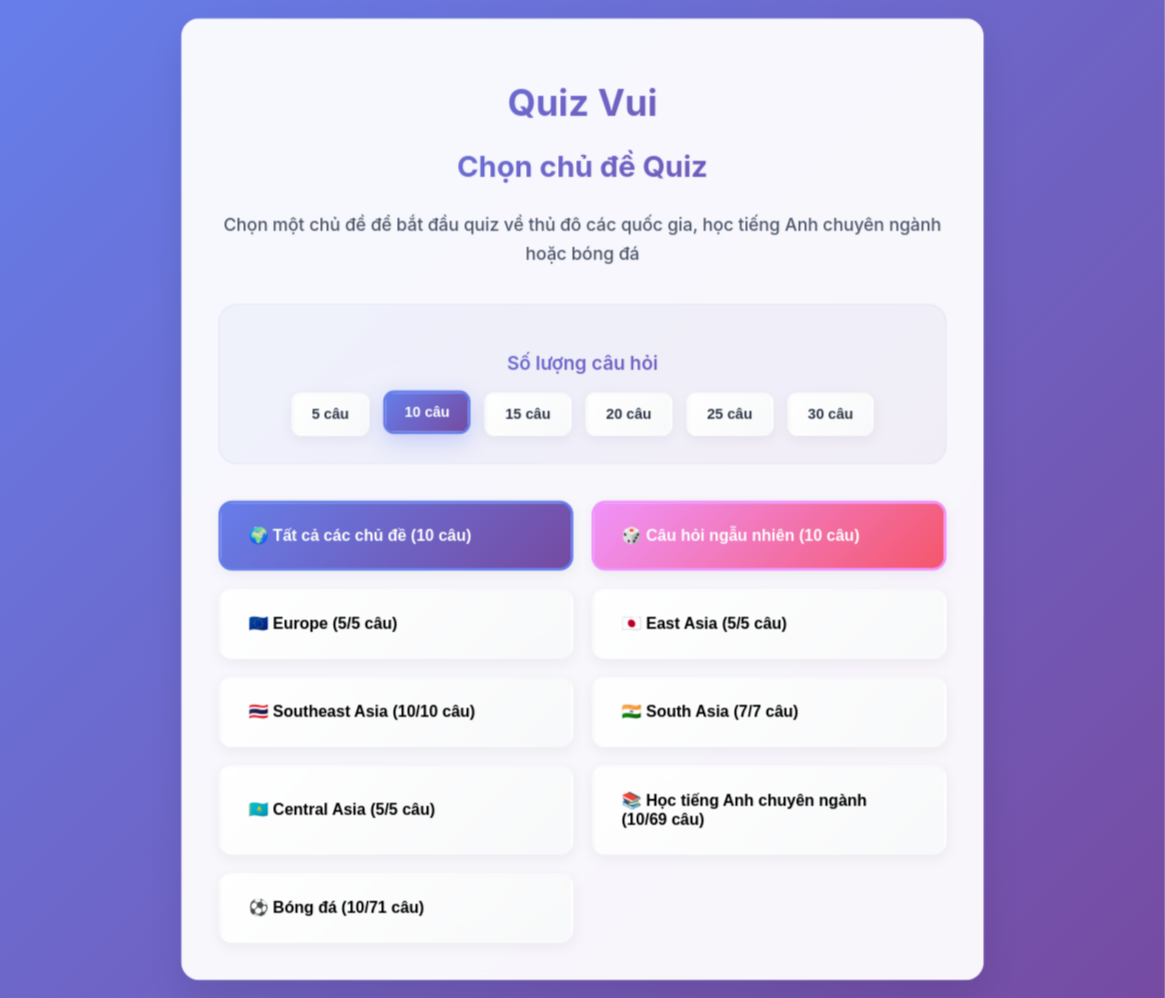
Repository: HuynhPPP/Quiz_App
Page: /
The author's editor kept a copy of each file at every save. The page is drawn from the files as they stood at one save, then again after the next save.
The browser window is 1280 px wide. The pictures show the whole page, at 91% of full size.
The project was rebuilt for these pictures with package versions that can differ from the ones it lists, and the page was loaded fresh each time. Also part of the build but not shown: vite.config.js, src/components/Resutl.jsx, src/components/Review.jsx.

Above is the page before, as saved 2025-09-27 15:36:05.

### index.html
<!doctype html>
<html lang="en">
  <head>
    <meta charset="UTF-8" />
    <link rel="icon" type="image/svg+xml" href="/vite.svg" />
    <meta name="viewport" content="width=device-width, initial-scale=1.0" />
    <title>Quiz Vui</title>
  </head>
  <body>
    <div id="root"></div>
    <script type="module" src="/src/main.jsx"></script>
  </body>
</html>

### src/index.css
/* Global reset and styling */
body {
  margin: 0;
  padding: 0;
  font-family: "Inter", "Segoe UI", Tahoma, Geneva, Verdana, sans-serif;
  background: linear-gradient(135deg, #667eea 0%, #764ba2 100%);
  color: #333;
  min-height: 100vh;
}

/* Container styling for the app */
.container {
  max-width: 800px;
  margin: 20px auto;
  background: rgba(255, 255, 255, 0.95);
  padding: 40px;
  border-radius: 20px;
  box-shadow: 0 20px 40px rgba(0, 0, 0, 0.1);
  backdrop-filter: blur(10px);
  border: 1px solid rgba(255, 255, 255, 0.2);
}

/* Header styling */
h1,
h2 {
  text-align: center;
  margin-bottom: 30px;
  background: linear-gradient(135deg, #667eea, #764ba2);
  -webkit-background-clip: text;
  -webkit-text-fill-color: transparent;
  background-clip: text;
  font-weight: 700;
}

h1 {
  font-size: 2.5em;
  margin-bottom: 10px;
}

h2 {
  font-size: 2em;
}

/* Styling the question text */
.question {
  font-size: 1.4em;
  margin-bottom: 30px;
  font-weight: 600;
  color: #2d3748;
  line-height: 1.6;
  text-align: center;
  padding: 20px;
  background: linear-gradient(135deg, #f7fafc, #edf2f7);
  border-radius: 15px;
  border-left: 5px solid #667eea;
}

/* Option button styling */
.option {
  display: block;
  width: 100%;
  padding: 20px 25px;
  margin: 15px 0;
  border: 3px solid transparent;
  border-radius: 15px;
  background: linear-gradient(135deg, #ffffff, #f8f9fa);
  cursor: pointer;
  text-align: left;
  transition: all 0.3s cubic-bezier(0.4, 0, 0.2, 1);
  font-size: 1.1em;
  font-weight: 500;
  color: #2d3748;
  box-shadow: 0 4px 15px rgba(0, 0, 0, 0.05);
  position: relative;
  overflow: hidden;
}

.option::before {
  content: '';
  position: absolute;
  top: 0;
  left: -100%;
  width: 100%;
  height: 100%;
  background: linear-gradient(90deg, transparent, rgba(255, 255, 255, 0.4), transparent);
  transition: left 0.5s;
}

.option:hover::before {
  left: 100%;
}

.option:hover {
  transform: translateY(-3px);
  box-shadow: 0 8px 25px rgba(102, 126, 234, 0.15);
  border-color: #667eea;
  background: linear-gradient(135deg, #f8f9ff, #ffffff);
}

.option.selected {
  background: linear-gradient(135deg, #667eea, #764ba2);
  border-color: #667eea;
  color: white;
  transform: translateY(-2px);
  box-shadow: 0 8px 25px rgba(102, 126, 234, 0.3);
}

.option.selected::before {
  background: linear-gradient(90deg, transparent, rgba(255, 255, 255, 0.2), transparent);
}

/* Navigation button styles */
.nav-buttons {
  display: flex;
  justify-content: space-between;
  margin-top: 40px;
  gap: 20px;
}

.nav-buttons button {
  padding: 15px 30px;
  border: none;
  background: linear-gradient(135deg, #667eea, #764ba2);
  color: white;
  border-radius: 12px;
  cursor: pointer;
  font-size: 1.1em;
  font-weight: 600;
  transition: all 0.3s cubic-bezier(0.4, 0, 0.2, 1);
  box-shadow: 0 4px 15px rgba(102, 126, 234, 0.3);
  position: relative;
  overflow: hidden;
}

.nav-buttons button::before {
  content: '';
  position: absolute;
  top: 0;
  left: -100%;
  width: 100%;
  height: 100%;
  background: linear-gradient(90deg, transparent, rgba(255, 255, 255, 0.2), transparent);
  transition: left 0.5s;
}

.nav-buttons button:hover::before {
  left: 100%;
}

.nav-buttons button:hover {
  transform: translateY(-2px);
  box-shadow: 0 8px 25px rgba(102, 126, 234, 0.4);
}

.nav-buttons button:disabled {
  background: linear-gradient(135deg, #a0aec0, #cbd5e0);
  cursor: not-allowed;
  transform: none;
  box-shadow: 0 2px 8px rgba(0, 0, 0, 0.1);
}

.nav-buttons button:disabled::before {
  display: none;
}

.result-button {
  display: block;
  padding: 10px 20px;
  border: none;
  background: oklch(55.4% 0.046 257.417);
  color: white;
  border-radius: 6px;
  cursor: pointer;
  font-size: 1em;
  transition: background 0.3s;
}

.result-button:hover {
  background: #1e88e5;
}

/* Score display styling */
.score {
  font-size: 1.4em;
  text-align: center;
  margin: 20px 0;
}

.correct-answer {
  color: #10b981;
  font-weight: 600;
  font-size: 1.1em;
  text-align: center;
  padding: 15px;
  background: linear-gradient(135deg, #d1fae5, #a7f3d0);
  border-radius: 10px;
  border-left: 5px solid #10b981;
  margin: 20px 0;
  animation: slideIn 0.3s ease-out;
}

.incorrect-answer {
  color: #ef4444;
  font-weight: 600;
  font-size: 1.1em;
  text-align: center;
  padding: 15px;
  background: linear-gradient(135deg, #fee2e2, #fecaca);
  border-radius: 10px;
  border-left: 5px solid #ef4444;
  margin: 20px 0;
  animation: slideIn 0.3s ease-out;
}

@keyframes slideIn {
  from {
    opacity: 0;
    transform: translateY(-10px);
  }
  to {
    opacity: 1;
    transform: translateY(0);
  }
}

p.result {
  text-align: center;
  margin: 40px;
}

.resultButtonsContainer {
  display: flex;
  justify-content: center;
  gap: 20px;
}

/* Review component styles */
.review-question {
  margin-bottom: 30px;
  padding: 25px;
  background: linear-gradient(135deg, rgba(102, 126, 234, 0.05), rgba(118, 75, 162, 0.05));
  border-radius: 15px;
  border: 1px solid rgba(102, 126, 234, 0.1);
  overflow: hidden;
  word-wrap: break-word;
}

.review-question h3 {
  margin-bottom: 15px;
  font-size: 1.3em;
  background: linear-gradient(135deg, #667eea, #764ba2);
  -webkit-background-clip: text;
  -webkit-text-fill-color: transparent;
  background-clip: text;
}

.review-options {
  margin: 20px 0;
}

.review-options .option {
  position: relative;
  cursor: default;
  padding: 15px 20px;
  margin: 10px 0;
  border: 2px solid transparent;
  border-radius: 12px;
  font-size: 1em;
  font-weight: 500;
  transition: all 0.3s ease;
  word-wrap: break-word;
  overflow-wrap: break-word;
}

.review-options .option:hover {
  transform: none;
  box-shadow: none;
}

.review-options .correct-user-answer {
  background: linear-gradient(135deg, #d4edda, #c3e6cb);
  border-color: #28a745;
  color: #155724;
  box-shadow: 0 2px 8px rgba(40, 167, 69, 0.2);
  font-weight: 600;
}

.review-options .incorrect-user-answer {
  background: linear-gradient(135deg, #f8d7da, #f5c6cb);
  border-color: #dc3545;
  color: #721c24;
  box-shadow: 0 2px 8px rgba(220, 53, 69, 0.2);
  font-weight: 600;
}

.review-options .correct-answer {
  background: linear-gradient(135deg, #d1ecf1, #bee5eb);
  border-color: #17a2b8;
  color: #0c5460;
  box-shadow: 0 2px 8px rgba(23, 162, 184, 0.2);
  font-weight: 600;
}

.answer-label {
  font-weight: bold;
  font-size: 0.85em;
  margin-left: 8px;
  padding: 2px 6px;
  border-radius: 4px;
  background: rgba(255, 255, 255, 0.3);
}

.review-buttons {
  display: flex;
  justify-content: center;
  gap: 20px;
  margin-top: 40px;
  flex-wrap: wrap;
}

.review-buttons .result-button {
  padding: 15px 30px;
  border: none;
  border-radius: 12px;
  cursor: pointer;
  font-size: 1.1em;
  font-weight: 600;
  transition: all 0.3s cubic-bezier(0.4, 0, 0.2, 1);
  box-shadow: 0 4px 15px rgba(0, 0, 0, 0.1);
  position: relative;
  overflow: hidden;
}

.review-buttons .result-button:first-child {
  background: linear-gradient(135deg, #6c757d, #5a6268);
  color: white;
}

.review-buttons .result-button:last-child {
  background: linear-gradient(135deg, #667eea, #764ba2);
  color: white;
}

.review-buttons .result-button:hover {
  transform: translateY(-2px);
  box-shadow: 0 8px 25px rgba(0, 0, 0, 0.2);
}

.review-buttons .result-button:first-child:hover {
  background: linear-gradient(135deg, #5a6268, #495057);
}

.review-buttons .result-button:last-child:hover {
  background: linear-gradient(135deg, #5a6fd8, #6a4190);
}

/* Quiz Selector styles */
.quiz-description {
  text-align: center;
  margin-bottom: 40px;
  color: #4a5568;
  font-size: 1.2em;
  font-weight: 500;
  line-height: 1.6;
}

/* Question Count Selector */
.question-count-selector {
  margin-bottom: 40px;
  padding: 30px;
  background: linear-gradient(135deg, rgba(102, 126, 234, 0.05), rgba(118, 75, 162, 0.05));
  border-radius: 20px;
  border: 1px solid rgba(102, 126, 234, 0.1);
}

.question-count-selector h3 {
  text-align: center;
  margin-bottom: 20px;
  font-size: 1.3em;
  background: linear-gradient(135deg, #667eea, #764ba2);
  -webkit-background-clip: text;
  -webkit-text-fill-color: transparent;
  background-clip: text;
  font-weight: 600;
}

.count-options {
  display: flex;
  justify-content: center;
  gap: 15px;
  flex-wrap: wrap;
}

.count-option {
  padding: 12px 20px;
  border: 3px solid transparent;
  border-radius: 12px;
  background: linear-gradient(135deg, #ffffff, #f8f9fa);
  cursor: pointer;
  font-size: 1em;
  font-weight: 600;
  transition: all 0.3s cubic-bezier(0.4, 0, 0.2, 1);
  color: #2d3748;
  box-shadow: 0 4px 15px rgba(0, 0, 0, 0.05);
  position: relative;
  overflow: hidden;
}

.count-option::before {
  content: '';
  position: absolute;
  top: 0;
  left: -100%;
  width: 100%;
  height: 100%;
  background: linear-gradient(90deg, transparent, rgba(102, 126, 234, 0.1), transparent);
  transition: left 0.5s;
}

.count-option:hover::before {
  left: 100%;
}

.count-option:hover {
  border-color: #667eea;
  background: linear-gradient(135deg, #f8f9ff, #ffffff);
  transform: translateY(-2px);
  box-shadow: 0 8px 25px rgba(102, 126, 234, 0.15);
}

.count-option.selected {
  background: linear-gradient(135deg, #667eea, #764ba2);
  border-color: #667eea;
  color: white;
  transform: translateY(-2px);
  box-shadow: 0 8px 25px rgba(102, 126, 234, 0.3);
}

.count-option.selected::before {
  background: linear-gradient(90deg, transparent, rgba(255, 255, 255, 0.2), transparent);
}

.quiz-categories {
  display: grid;
  grid-template-columns: repeat(auto-fit, minmax(300px, 1fr));
  gap: 20px;
  margin-top: 30px;
}

.category-button {
  padding: 25px 30px;
  border: 3px solid transparent;
  border-radius: 15px;
  background: linear-gradient(135deg, #ffffff, #f8f9fa);
  cursor: pointer;
  font-size: 1.1em;
  font-weight: 600;
  transition: all 0.3s cubic-bezier(0.4, 0, 0.2, 1);
  text-align: left;
  box-shadow: 0 4px 15px rgba(0, 0, 0, 0.05);
  position: relative;
  overflow: hidden;
}

.category-button::before {
  content: '';
  position: absolute;
  top: 0;
  left: -100%;
  width: 100%;
  height: 100%;
  background: linear-gradient(90deg, transparent, rgba(102, 126, 234, 0.1), transparent);
  transition: left 0.5s;
}

.category-button:hover::before {
  left: 100%;
}

.category-button:hover {
  border-color: #667eea;
  background: linear-gradient(135deg, #f8f9ff, #ffffff);
  transform: translateY(-5px);
  box-shadow: 0 15px 35px rgba(102, 126, 234, 0.2);
}

.category-button.all-questions {
  background: linear-gradient(135deg, #667eea 0%, #764ba2 100%);
  color: white;
  border-color: #667eea;
  font-weight: bold;
}

.category-button.all-questions:hover {
  background: linear-gradient(135deg, #5a6fd8 0%, #6a4190 100%);
  transform: translateY(-5px);
  box-shadow: 0 15px 35px rgba(102, 126, 234, 0.4);
}

.category-button.random {
  background: linear-gradient(135deg, #f093fb 0%, #f5576c 100%);
  color: white;
  border-color: #f093fb;
  font-weight: bold;
}

.category-button.random:hover {
  background: linear-gradient(135deg, #ee82f0 0%, #f3455a 100%);
  transform: translateY(-5px);
  box-shadow: 0 15px 35px rgba(240, 147, 251, 0.4);
}

/* Dark Theme Styles */
.dark-theme {
  background: #1a1a1a;
  color: #e0e0e0;
}

.dark-theme .container {
  background: #2d2d2d;
  color: #e0e0e0;
  box-shadow: 0 4px 12px rgba(0, 0, 0, 0.3);
}

.dark-theme .option {
  background: #3d3d3d;
  color: #e0e0e0;
  border-color: #555;
}

.dark-theme .option:hover {
  background: #4d4d4d;
}

.dark-theme .option.selected {
  background: #1e3a8a;
  border-color: #3b82f6;
  color: #e0e0e0;
}

.dark-theme .nav-buttons button {
  background: #3b82f6;
}

.dark-theme .nav-buttons button:hover {
  background: #2563eb;
}

.dark-theme .result-button {
  background: #3b82f6;
}

.dark-theme .result-button:hover {
  background: #2563eb;
}

/* Theme Toggle */
.theme-toggle {
  position: fixed;
  top: 20px;
  right: 20px;
  z-index: 1000;
}

.theme-toggle-btn {
  width: 50px;
  height: 50px;
  border-radius: 50%;
  border: 2px solid #e0e0e0;
  background: #fff;
  cursor: pointer;
  font-size: 20px;
  display: flex;
  align-items: center;
  justify-content: center;
  transition: all 0.3s;
  box-shadow: 0 2px 8px rgba(0, 0, 0, 0.1);
}

.theme-toggle-btn:hover {
  transform: scale(1.1);
  box-shadow: 0 4px 12px rgba(0, 0, 0, 0.2);
}

.dark-theme .theme-toggle-btn {
  background: #2d2d2d;
  border-color: #555;
  color: #e0e0e0;
}

/* Timer Styles */
.timer-container {
  display: flex;
  flex-direction: column;
  align-items: center;
  margin-bottom: 20px;
}

.timer-header {
  display: flex;
  align-items: center;
  gap: 10px;
  margin-bottom: 15px;
}

.game-mode-icon {
  font-size: 24px;
}

.game-mode-name {
  font-size: 18px;
  font-weight: bold;
}

.timer-display {
  position: relative;
}

.timer-circle {
  position: relative;
  width: 120px;
  height: 120px;
}

.timer-svg {
  width: 100%;
  height: 100%;
  transform: rotate(-90deg);
}

.timer-progress {
  transition: stroke-dashoffset 0.3s ease;
}

.timer-progress.active {
  animation: pulse 1s infinite;
}

@keyframes pulse {
  0%, 100% { opacity: 1; }
  50% { opacity: 0.7; }
}

.timer-text {
  position: absolute;
  top: 50%;
  left: 50%;
  transform: translate(-50%, -50%);
  text-align: center;
}

.time-number {
  display: block;
  font-size: 24px;
  font-weight: bold;
  color: #333;
}

.time-label {
  display: block;
  font-size: 12px;
  color: #666;
}

.dark-theme .time-number {
  color: #e0e0e0;
}

.dark-theme .time-label {
  color: #999;
}

/* Streak Display */
.streak-container {
  display: flex;
  flex-direction: column;
  align-items: center;
  padding: 15px;
  background: linear-gradient(135deg, #ff6b6b, #ffa500);
  border-radius: 15px;
  color: white;
  min-width: 200px;
}

.streak-main {
  display: flex;
  align-items: center;
  gap: 15px;
  margin-bottom: 10px;
}

.streak-fire {
  font-size: 32px;
  animation: flame 1s infinite alternate;
}

@keyframes flame {
  0% { transform: scale(1); }
  100% { transform: scale(1.1); }
}

.streak-info {
  text-align: center;
}

.streak-number {
  font-size: 28px;
  font-weight: bold;
  display: block;
}

.streak-message {
  font-size: 14px;
  opacity: 0.9;
}

.streak-stats {
  display: flex;
  gap: 20px;
  font-size: 12px;
}

.stat-item {
  display: flex;
  flex-direction: column;
  align-items: center;
}

.stat-label {
  opacity: 0.8;
}

.stat-value {
  font-weight: bold;
  font-size: 16px;
}

/* Quiz Header Layout */
.quiz-header {
  display: flex;
  justify-content: space-between;
  align-items: center;
  margin-bottom: 40px;
  gap: 20px;
  padding: 20px;
  background: linear-gradient(135deg, rgba(102, 126, 234, 0.1), rgba(118, 75, 162, 0.1));
  border-radius: 15px;
  border: 1px solid rgba(102, 126, 234, 0.2);
}

.quiz-content {
  flex: 1;
}

.quiz-header h2 {
  margin: 0;
  font-size: 1.8em;
  background: linear-gradient(135deg, #667eea, #764ba2);
  -webkit-background-clip: text;
  -webkit-text-fill-color: transparent;
  background-clip: text;
}

/* Game Modes Section */
.game-modes-section {
  margin-bottom: 30px;
}

.game-modes-section h3 {
  text-align: center;
  margin-bottom: 20px;
  color: #333;
}

.game-modes {
  display: grid;
  grid-template-columns: repeat(auto-fit, minmax(200px, 1fr));
  gap: 15px;
  margin-bottom: 20px;
}

.game-mode-card {
  display: flex;
  align-items: center;
  gap: 15px;
  padding: 15px;
  background: #f8f9fa;
  border-radius: 10px;
  border: 2px solid #e9ecef;
}

.mode-icon {
  font-size: 24px;
}

.mode-info h4 {
  margin: 0 0 5px 0;
  color: #333;
}

.mode-info p {
  margin: 0;
  font-size: 12px;
  color: #666;
}

.dark-theme .game-mode-card {
  background: #3d3d3d;
  border-color: #555;
}

.dark-theme .mode-info h4 {
  color: #e0e0e0;
}

.dark-theme .mode-info p {
  color: #999;
}

/* Quiz Categories Section */
.quiz-categories-section {
  margin-bottom: 30px;
}

.quiz-categories-section h3 {
  text-align: center;
  margin-bottom: 20px;
  color: #333;
}

.dark-theme .quiz-categories-section h3 {
  color: #e0e0e0;
}

/* Quick Start Section */
.quick-start-section {
  margin-bottom: 30px;
}

.quick-start-section h3 {
  text-align: center;
  margin-bottom: 20px;
  color: #333;
}

.quick-start-buttons {
  display: flex;
  justify-content: center;
  gap: 15px;
  flex-wrap: wrap;
}

.quick-start-btn {
  padding: 12px 20px;
  border: none;
  border-radius: 8px;
  cursor: pointer;
  font-size: 14px;
  font-weight: bold;
  transition: all 0.3s;
  color: white;
}

.quick-start-btn.time-attack {
  background: linear-gradient(135deg, #ff6b6b, #ee5a24);
}

.quick-start-btn.blitz {
  background: linear-gradient(135deg, #feca57, #ff9ff3);
}

.quick-start-btn.survival {
  background: linear-gradient(135deg, #2c2c54, #40407a);
}

.quick-start-btn:hover {
  transform: translateY(-2px);
  box-shadow: 0 4px 12px rgba(0, 0, 0, 0.2);
}

.dark-theme .quick-start-section h3 {
  color: #e0e0e0;
}

/* Back to Selector Button */
.back-to-selector-btn {
  padding: 12px 20px;
  background: linear-gradient(135deg, #6c757d, #5a6268);
  color: white;
  border: none;
  border-radius: 10px;
  cursor: pointer;
  font-size: 14px;
  font-weight: 600;
  transition: all 0.3s cubic-bezier(0.4, 0, 0.2, 1);
  display: flex;
  align-items: center;
  gap: 8px;
  box-shadow: 0 4px 15px rgba(108, 117, 125, 0.3);
  position: relative;
  overflow: hidden;
}

.back-to-selector-btn::before {
  content: '';
  position: absolute;
  top: 0;
  left: -100%;
  width: 100%;
  height: 100%;
  background: linear-gradient(90deg, transparent, rgba(255, 255, 255, 0.2), transparent);
  transition: left 0.5s;
}

.back-to-selector-btn:hover::before {
  left: 100%;
}

.back-to-selector-btn:hover {
  background: linear-gradient(135deg, #5a6268, #495057);
  transform: translateY(-2px);
  box-shadow: 0 8px 25px rgba(108, 117, 125, 0.4);
}

.dark-theme .back-to-selector-btn {
  background: linear-gradient(135deg, #495057, #343a40);
}

.dark-theme .back-to-selector-btn:hover {
  background: linear-gradient(135deg, #343a40, #212529);
}

### src/App.jsx
import Quiz from "./components/Quiz"

function App() {
  return (
    <div className="container">
      <h1>Quiz Vui</h1>
      <Quiz />

    </div>
  )
}

export default App

### src/components/QuizSelector.jsx
import React, { useState } from 'react'
import { getAllCategories, getQuestionsByCategory, getRandomQuestions } from '../data/index'

const QuizSelector = ({ onStartQuiz }) => {
    const categories = getAllCategories();
    const [questionCount, setQuestionCount] = useState(10);

    const handleCategorySelect = (category) => {
        const questions = getQuestionsByCategory(category);
        const limitedQuestions = questions.slice(0, Math.min(questionCount, questions.length));
        onStartQuiz(limitedQuestions);
    };

    const handleRandomQuiz = () => {
        const questions = getRandomQuestions(questionCount);
        onStartQuiz(questions);
    };

    const handleAllQuestions = () => {
        const questions = getRandomQuestions(Math.min(questionCount, 30));
        onStartQuiz(questions);
    };

    const handleQuestionCountChange = (count) => {
        setQuestionCount(count);
    };

    return (
        <div>
            <h2>Chọn chủ đề Quiz</h2>
            <p className="quiz-description">
                Chọn một chủ đề để bắt đầu quiz về thủ đô các quốc gia, học tiếng Anh chuyên ngành hoặc bóng đá
            </p>

            {/* Question Count Selector */}
            <div className="question-count-selector">
                <h3>Số lượng câu hỏi</h3>
                <div className="count-options">
                    {[5, 10, 15, 20, 25, 30].map(count => (
                        <button
                            key={count}
                            className={`count-option ${questionCount === count ? 'selected' : ''}`}
                            onClick={() => handleQuestionCountChange(count)}
                        >
                            {count} câu
                        </button>
                    ))}
                </div>
            </div>

            <div className="quiz-categories">
                <button
                    className="category-button all-questions"
                    onClick={handleAllQuestions}
                >
                    🌍 Tất cả các chủ đề ({Math.min(questionCount, 30)} câu)
                </button>

                <button
                    className="category-button random"
                    onClick={handleRandomQuiz}
                >
                    🎲 Câu hỏi ngẫu nhiên ({questionCount} câu)
                </button>

                {categories.map((category, index) => {
                    const totalQuestions = getQuestionsByCategory(category).length;
                    const displayCount = Math.min(questionCount, totalQuestions);
                    const categoryEmojis = {
                        'Europe': '🇪🇺',
                        'East Asia': '🇯🇵',
                        'Southeast Asia': '🇹🇭',
                        'South Asia': '🇮🇳',
                        'Central Asia': '🇰🇿',
                        'Học tiếng Anh chuyên ngành': '📚',
                        'Bóng đá': '⚽'
                    };

                    return (
                        <button
                            key={index}
                            className="category-button"
                            onClick={() => handleCategorySelect(category)}
                        >
                            {categoryEmojis[category] || '🌏'} {category} ({displayCount}/{totalQuestions} câu)
                        </button>
                    );
                })}
            </div>
        </div>
    );
};

export default QuizSelector;

Loaded but not shown: src/main.jsx (common file); src/data/footballData.js (438 lines, source omitted); src/data/itVocabularyData.js (417 lines, source omitted); src/data/capitalsData.js (204 lines, source omitted); src/data/index.js (31 lines, source omitted); src/components/Quiz.jsx (175 lines, source omitted)

After the next save:
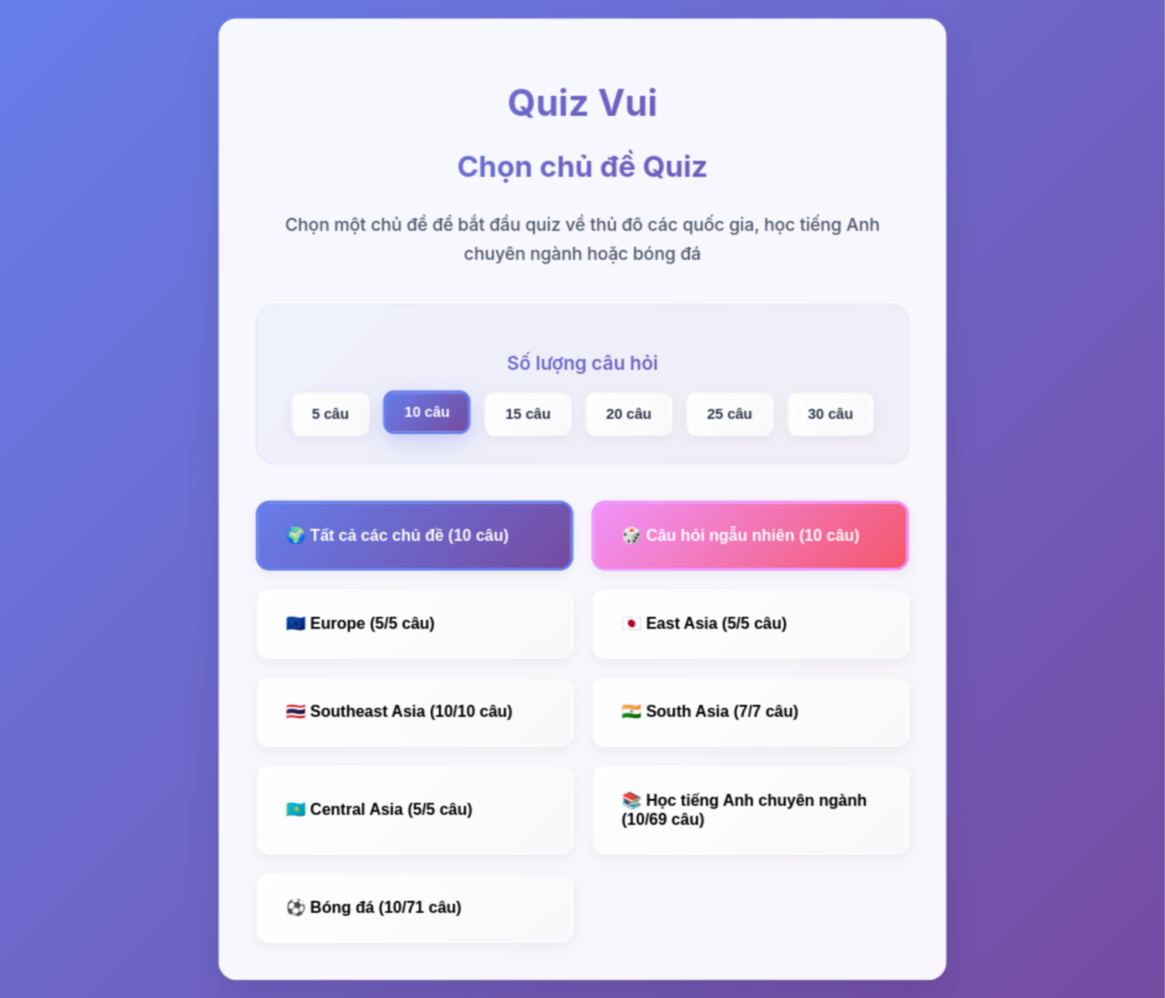
Saved 10 s later.
--- a/src/index.css
+++ b/src/index.css
@@ -18,6 +18,9 @@ body {
   box-shadow: 0 20px 40px rgba(0, 0, 0, 0.1);
   backdrop-filter: blur(10px);
   border: 1px solid rgba(255, 255, 255, 0.2);
+  overflow: hidden;
+  word-wrap: break-word;
+  box-sizing: border-box;
 }
 
 /* Header styling */
